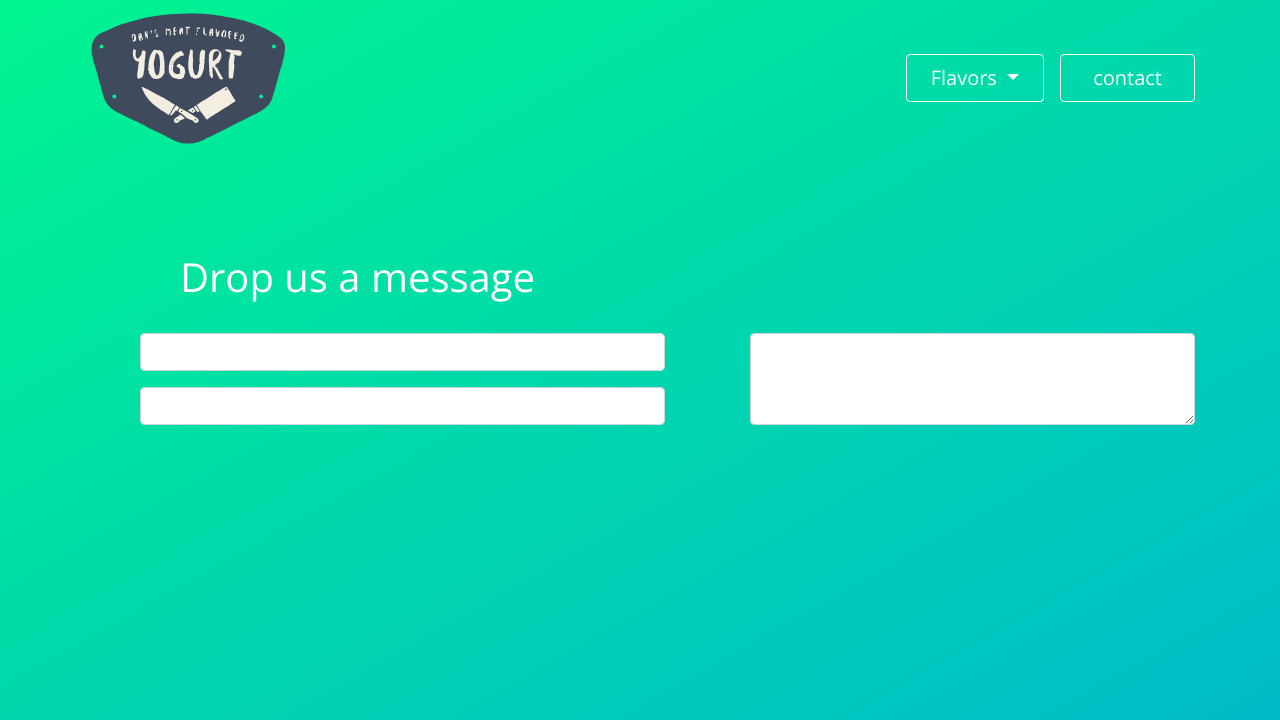
Repository: hoangnam180/Huyen
Page: Form.html
An editor plug-in stored every save of this project. The page is shown before and after the next save, followed by the edit.
The browser window is 1280 px wide. The pictures show the whole page.

Above is the page before, as saved 2021-12-03 18:59:38.
Not found: space.scss

After the next save:
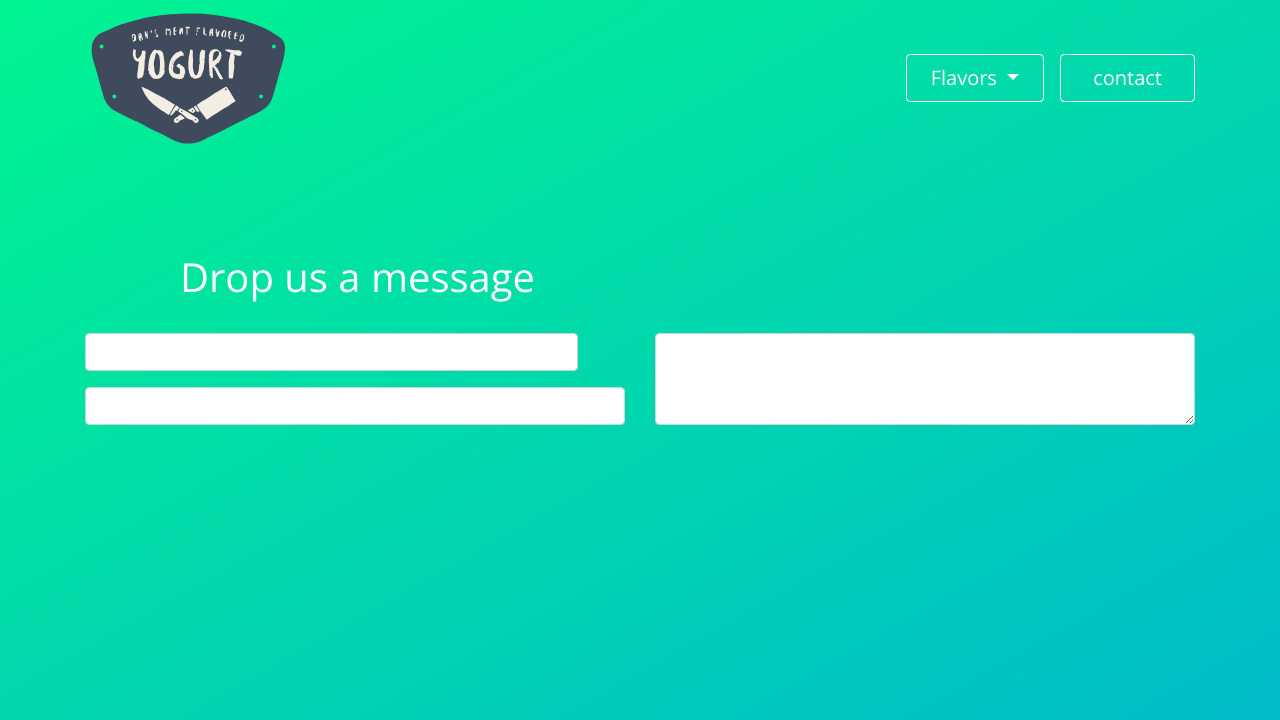
Saved 19 s later.
--- a/Form.html
+++ b/Form.html
@@ -59,15 +59,15 @@
         <div class="row mt-4">
             <div class="col">
                 <div class="row flex-column">
-                    <div class="col-10 offset-1">
+                    <div class="col-11 ">
                         <input type="email" class="form-control pt-4 bt-4">
                     </div>
-                    <div class="col-10 offset-1">
+                    <div class="col">
                         <input type="text" id="" class="form-control pt-4 bt-4 mt-3" placeholder="">
                     </div>
                 </div>
             </div>
-            <div class="col-5">
+            <div class="col">
                 <textarea style="height: 100%;" class="form-control" placeholder=""></textarea>
             </div>
         </div>
